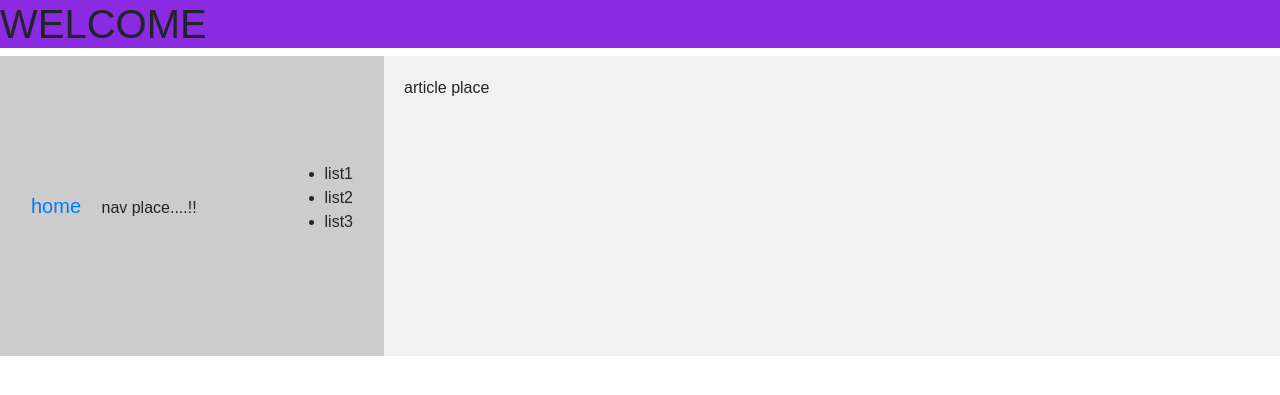
Repository: idrice24/IDRICE24-DASHBOARD
Page: html/header.html
These files come from the project's save history. The page is drawn as it stood at one moment and after the next save; the edit follows.
The browser window is 1280 px wide. The pictures show the whole page.

Above is the page before, as saved 2020-09-03 23:03:07.

After the next save:
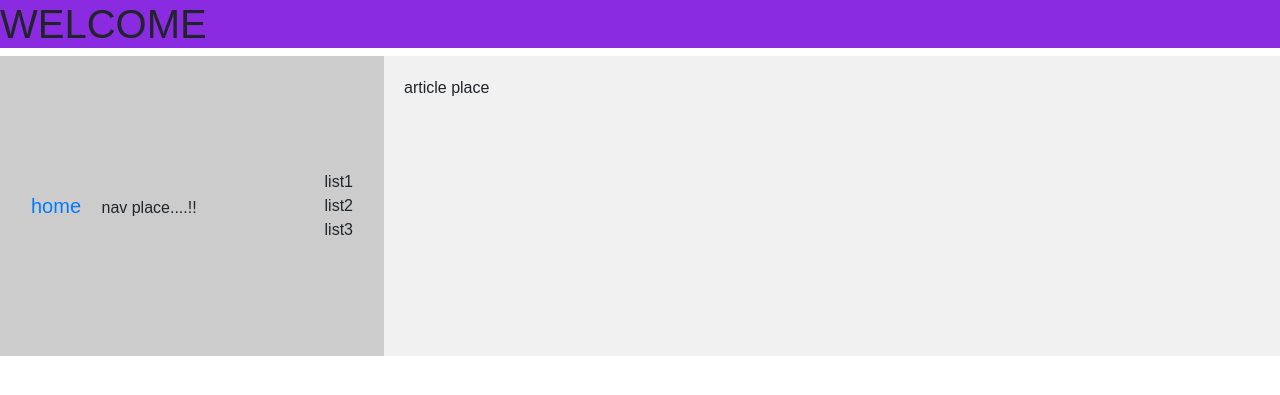
Saved 71 s later.
--- a/html/header.html
+++ b/html/header.html
@@ -19,7 +19,7 @@
                 <div class="navbar-header">
                     <a class="navbar-brand" href="#">home</a> nav place....!!
                 </div>
-                <ul>
+                <ul class="nav navbar-nav">
                     <li>list1</li>
                     <li>list2</li>
                     <li>list3</li>
